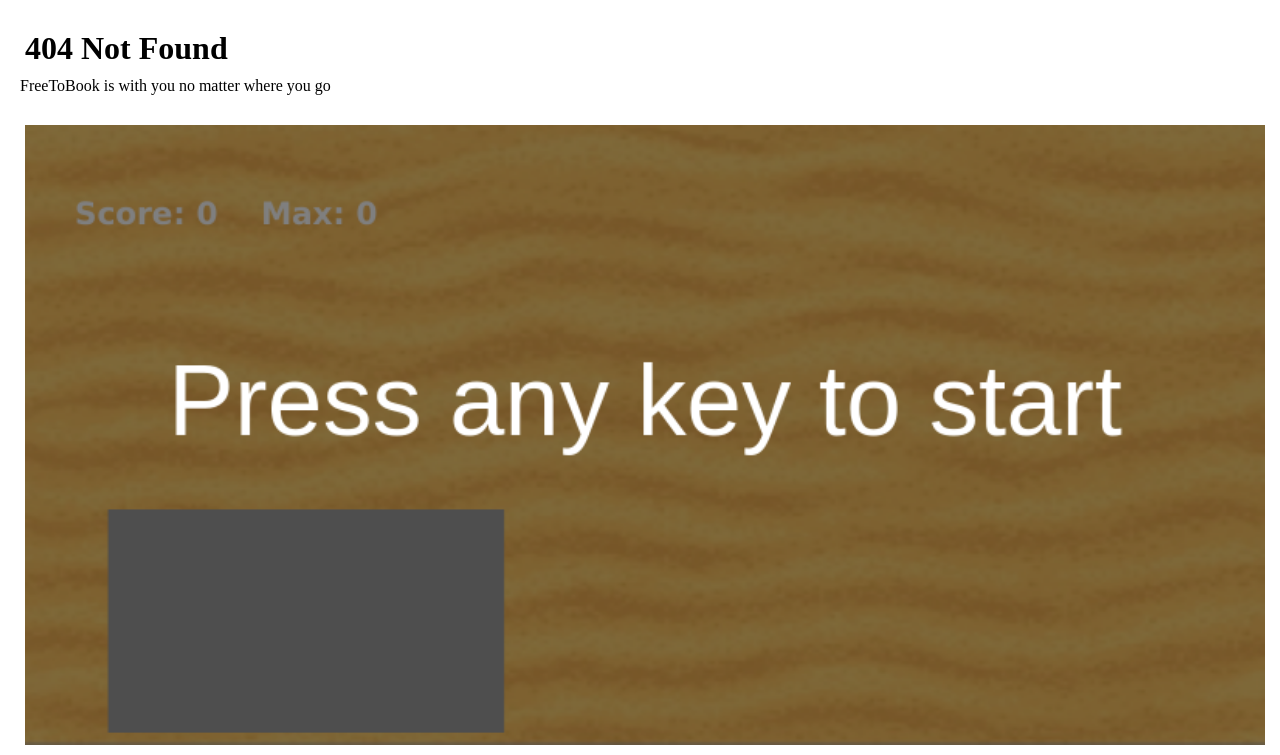
Repository: btgoo/game
Page: car.html
These files come from the project's save history. The page is drawn as it stood at one moment and after the next save; the edit follows.
The browser window is 1280 px wide. The pictures show the whole page.

Above is the page before, as saved 2025-10-26 03:05:55.

After the next save:
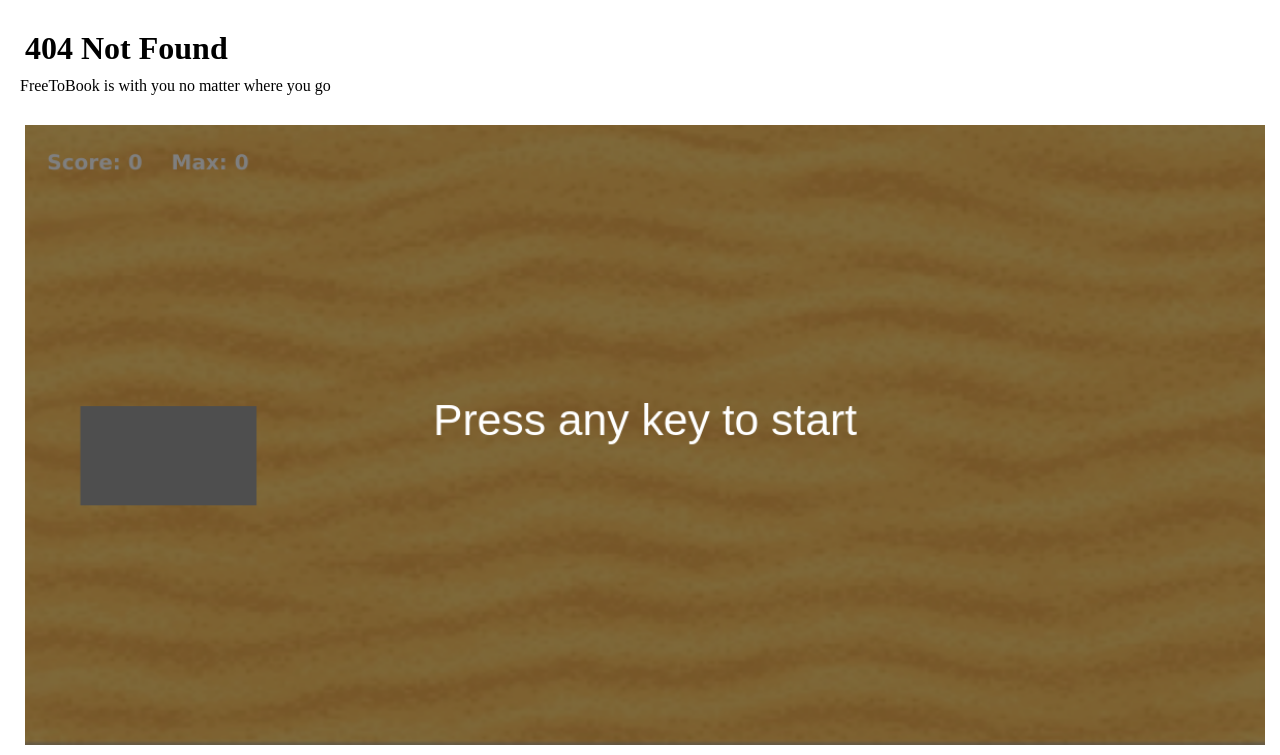
Saved 14 s later.
--- a/carscript.js
+++ b/carscript.js
@@ -1,8 +1,8 @@
 const canvas = document.getElementById("game");
 const ctx = canvas.getContext("2d");
 
-const GAME_WIDTH = 800;
-const GAME_HEIGHT = 400;
+const GAME_WIDTH = 1200;
+const GAME_HEIGHT = 600;
 const PLAYER_WIDTH = 160;
 const PLAYER_HEIGHT = 90;
 const CACTI_WIDTH = 78;

After the save that followed:
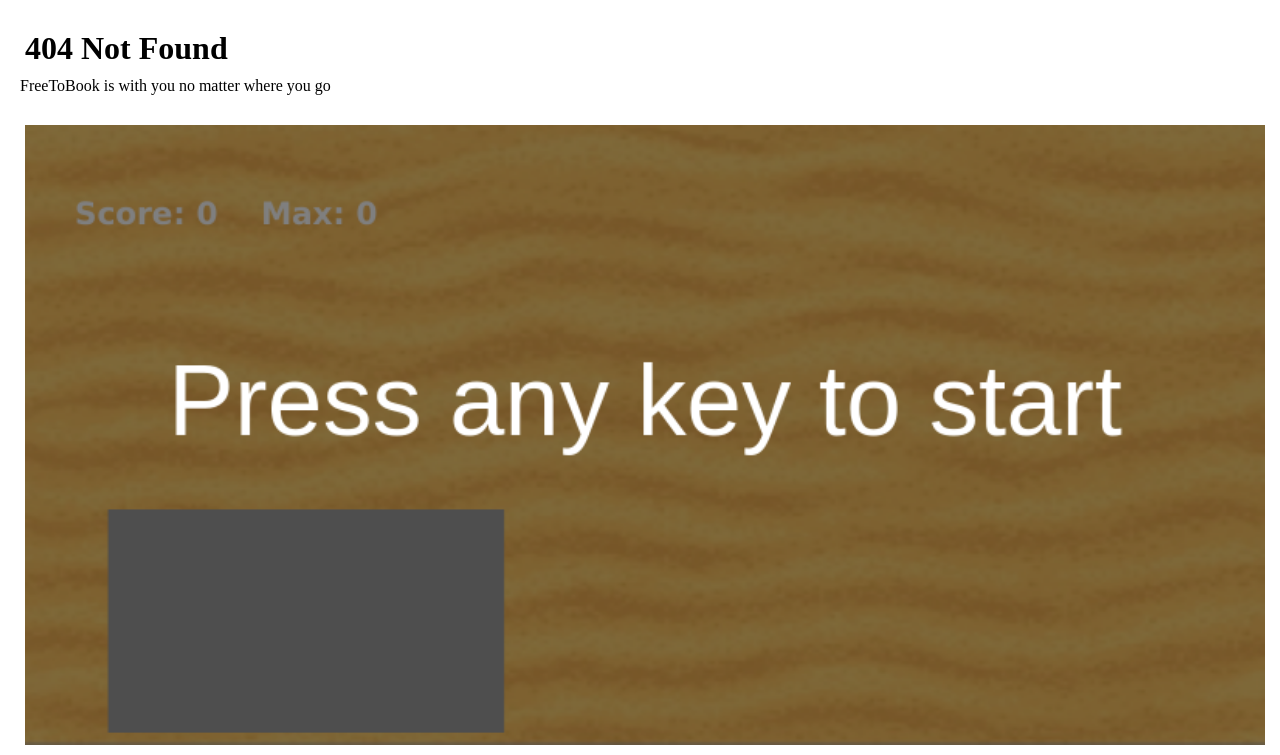
Saved 13 s later.
--- a/carscript.js
+++ b/carscript.js
@@ -1,8 +1,8 @@
 const canvas = document.getElementById("game");
 const ctx = canvas.getContext("2d");
 
-const GAME_WIDTH = 1200;
-const GAME_HEIGHT = 600;
+const GAME_WIDTH = 800;
+const GAME_HEIGHT = 400;
 const PLAYER_WIDTH = 160;
 const PLAYER_HEIGHT = 90;
 const CACTI_WIDTH = 78;
